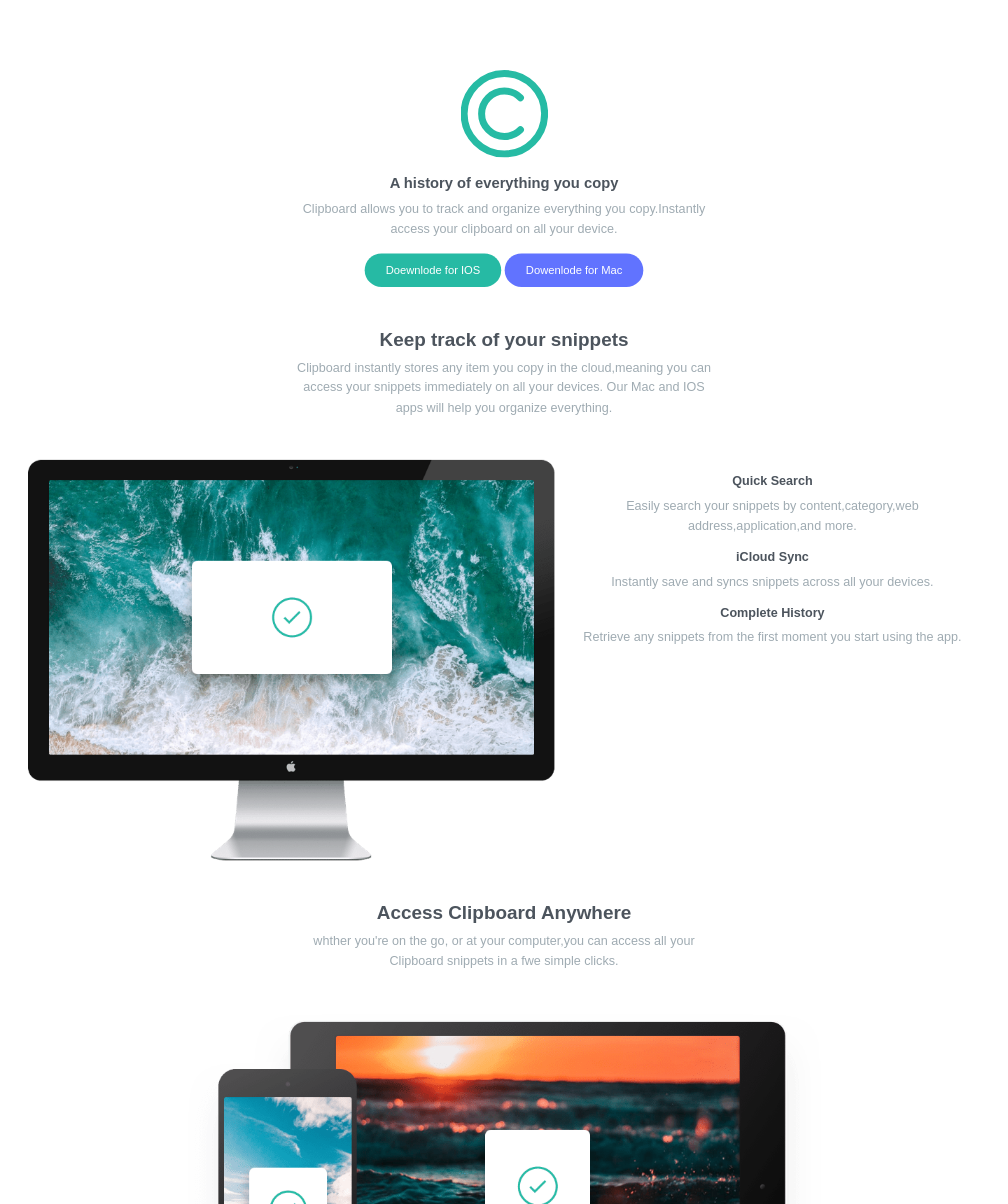
Repository: moataz305G/Clipboard-landing-page
Page: index.html
These files come from the project's save history. The page is drawn as it stood at one moment and after the next save; the edit follows.
The browser window is 1280 px wide. The page is 1440 px wide, so the pictures cover 1440 px, including what lies to the right of the window. The pictures show the part of the page from y = 0 to 1720 px (the page is 2934 px tall), at 70% of full size.

Above is the page before, as saved 2025-12-16 21:29:33.

After the next save:
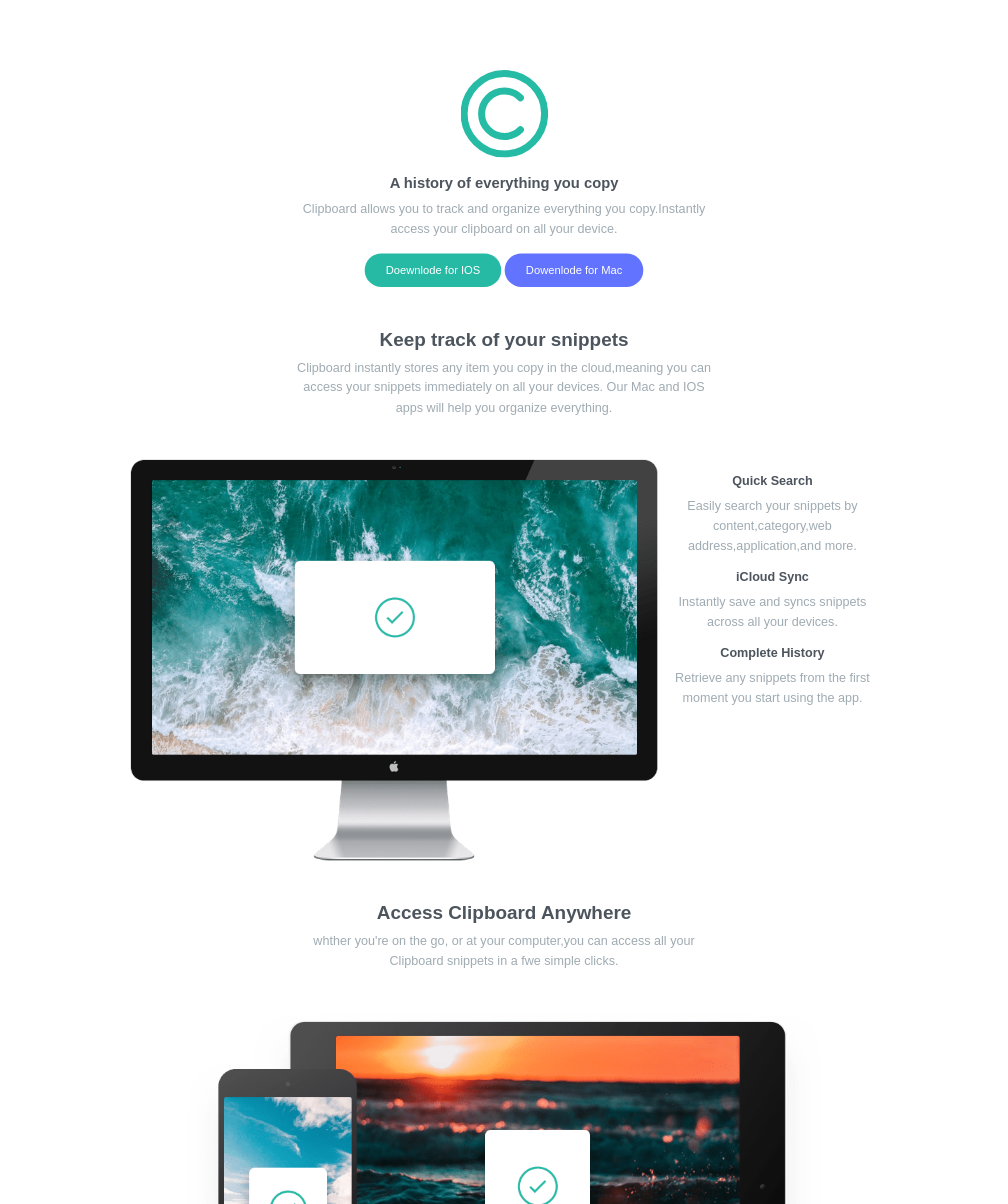
Saved 86 s later.
--- a/style.css
+++ b/style.css
@@ -90,7 +90,7 @@
   gap: 15px;
 }
 
-.fuatures-computer p {
+.fuatures__text p {
   max-width: 300px;
 }
 /* end fuatures */
